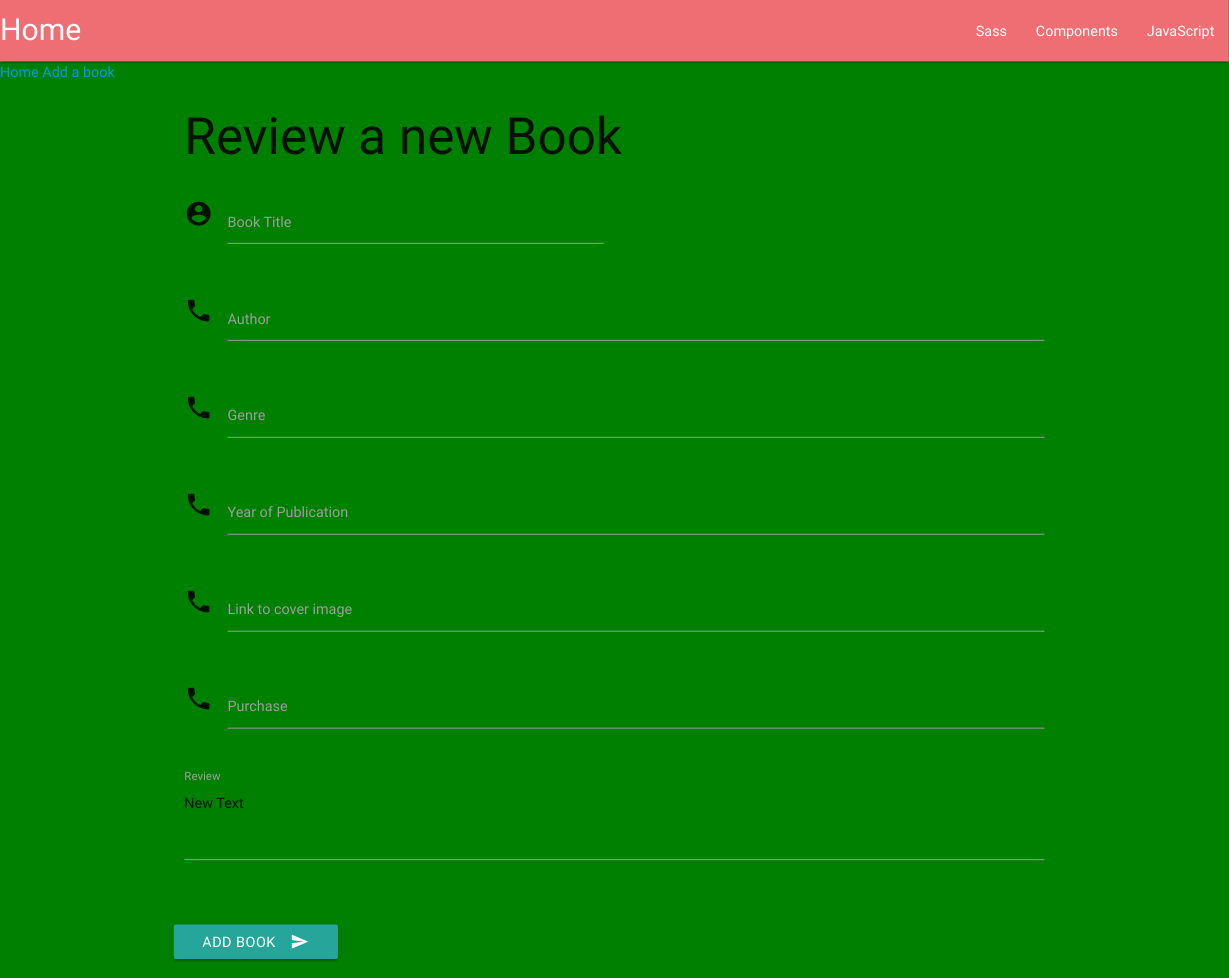
Repository: h8130084/bookReview
Page: http://localhost/add_book
The author's editor kept a record of every edit. The page is drawn from the files as they stood at one moment, then again after the next edit.
The browser window is 1280 px wide. The pictures show the whole page, at 96% of full size.
Some web libraries are served in a nearby version. The page is served by the project's application, run on Flask 3 (app.py).

Above is the page before.
Console error: ReferenceError: M is not defined

### templates/addbook.html
{% extends 'base.html' %} {% block content %}

<h2> Review a new Book</h2>
<div class="row">
    <form action="{{ url_for('insert_book') }}" method="POST" class="col s12">

        <div class="row">
            <div class="input-field col s6">
                <i class="material-icons prefix">account_circle</i>
                <input id="Title" name="Title" type="text" class="validate">
                <label for="icon_prefix">Book Title</label>
            </div>
        </div>

        <div class="row">
            <div class="input-field col s12">
                <i class="material-icons prefix">phone</i>
                <input name="Author" id="Author" class="materialize-textarea">
                <label for="icon_telephone">Author</label>
            </div>
        </div>

        <div class="row">
            <div class="input-field col s12">
                <i class="material-icons prefix">phone</i>
                <input name="Genre" id="Genre" class="materialize-textarea">
                <label for="icon_telephone">Genre</label>
            </div>
        </div>

        <div class="row">
            <div class="input-field col s12">
                <i class="material-icons prefix">phone</i>
                <input name="Year" id="Year" class="materialize-textarea">
                <label for="icon_telephone">Year of Publication</label>
            </div>
        </div>

        <div class="row">
            <div class="input-field col s12">
                <i class="material-icons prefix">phone</i>
                <input name="Image_URL" id="Image_URL" class="materialize-textarea">
                <label for="icon_telephone">Link to cover image</label>
            </div>
        </div>

        <div class="row">
            <div class="input-field col s12">
                <i class="material-icons prefix">phone</i>
                <input name="Amazon" id="Amazon" class="materialize-textarea">
                <label for="icon_telephone">Purchase</label>
            </div>
        </div>

        <div class="row">
            <div class="input-field col s12">
                <textarea id="Review" name="Review" class="materialize-textarea"></textarea>
                <label for="Review">Review</label>
            </div>
        </div>

</div>

<div class="row">
    <button class="btn waves-effect waves-light" type="submit" name="action">Add Book
                <i class="material-icons right">send</i>
            </button>
</div>
</form>
</div>

{% endblock %}

### templates/base.html
<!DOCTYPE html>
<html lang="en">

<head>
    <meta charset="UTF-8">
    <meta name="viewport" content="width=device-width, initial-scale=1.0">
    <meta http-equiv="X-UA-Compatible" content="ie=edge">

<!-- taken from google fonts, materilaize and cdnjs -->
    <link href="https://fonts.googleapis.com/icon?family=Material+Icons" rel="stylesheet">
    <link href="https://fonts.googleapis.com/css?family=Raleway&display=swap" rel="stylesheet">
    <link rel="stylesheet" href="https://cdnjs.cloudflare.com/ajax/libs/materialize/0.100.2/css/materialize.min.css">
    <link rel="stylesheet" href="{{url_for('static', filename='style.css')}}" type="text/css" />

    <title>Document</title>
</head>

<body>
    <header>
         <nav>
    <div class="nav-wrapper">
      <a href="{{url_for('get_books')}}" class="brand-logo">Home</a>
      <ul id="nav-mobile" class="right hide-on-med-and-down">
        <li><a href="sass.html">Sass</a></li>
        <li><a href="badges.html">Components</a></li>
        <li><a href="collapsible.html">JavaScript</a></li>
      </ul>
    </div>
  </nav>
		<div id="navbar" class="col s12">
			<a href="{{url_for('get_books')}}">Home</a>
			<a href="{{url_for('add_book')}}">Add a book</a>
		</div>
    </header>


    <div class="container">
        {% block content %} {% endblock %}

        <script src="https://cdnjs.cloudflare.com/ajax/libs/jquery/3.2.1/jquery.min.js"></script>
        <script src="https://cdnjs.cloudflare.com/ajax/libs/materialize/0.100.2/js/materialize.min.js"></script>
        <script type="text/javascript">
            $(document).ready(function() {
                $('.tabs').tabs();
                $('#Review').val('New Text');
                M.textareaAutoResize($('#Review'));

            });

        </script>
    </div>
</body>


</html>

### app.py
import os
from flask import Flask, render_template, redirect, request, url_for
from flask_pymongo import PyMongo
from bson.objectid import ObjectId
import env

app = Flask(__name__)

app.config["MONGO_DBNAME"] = 'book_review'
app.config["MONGO_URI"] = env.MONGO_URI


mongo = PyMongo(app)

@app.route('/')
@app.route('/ get_books')
def get_books():
     return render_template("books.html", books=mongo.db.book_details.find())

@app.route('/edit_book/<book_id>')
def edit_book(book_id):
    the_book = mongo.db.book_details.find_one({"_id": ObjectId(book_id)})
    all_categories = mongo.db.categories.find()
    return render_template('editbook.html', book=the_book, categories=all_categories)

@app.route('/update_book/<book_id>', methods=["POST"])
def update_book(book_id):
    books = mongo.db.book_details
    books.update( {'_id': ObjectId(book_id)},
    {
        'Title': request.form.get('Title'),
        'Author': request.form.get('Author'),
        'Genre': request.form.get('Genre'),
        'Year': request.form.get('Year'),
        'Image_URL': request.form.get('Image_URL'),
        'Amazon': request.form.get('Amazon'),
        'Review': request.form.get('Review')
    })
    return redirect(url_for('get_books'))

#book details page
@app.route('/book_info/<book_id>')
def book_info(book_id):
    the_book = mongo.db.book_details.find_one({"_id": ObjectId(book_id)})
    all_categories = mongo.db.categories.find()
    return render_template('bookdetails.html', book=the_book, categories=all_categories)

# displays add books page
@app.route('/add_book')
def add_book():
    return render_template('addbook.html')

#  takes the details from the form and adds the book to the database, then redirects to home page
@app.route('/insert_book', methods=['POST'])
def insert_book():

    new_book = {
        'Title': request.form.get('Title'),
        'Author': request.form.get('Author'),
        'Genre': request.form.get('Genre'),
        'Year': request.form.get('Year'),
        'Image_URL': request.form.get('Image_URL'),
        'Amazon': request.form.get('Amazon'),
        'Review': request.form.get('Review'),
        'upvotes': 0,
    }

    books = mongo.db.book_details
    books.insert_one(new_book)
    # ----- get books should be home page to display that the book just added is present
    return redirect(url_for('get_books'))

# delete the book
@app.route('/delete_book/<book_id>')
def delete_book(book_id):
    mongo.db.book_details.remove({'_id': ObjectId(book_id)})
    return redirect(url_for('get_books'))


if __name__ == '__main__':
    app.run(host=os.environ.get('IP'),
    port=int(os.environ.get('PORT')),
    debug=True)

### static/style.css
@import url('https://fonts.googleapis.com/css?family=Raleway&display=swap');
body{
    background-color: green;
}

.books{
   background-color: red;
 }

.sub-heading {
  font-family: 'Raleway', sans-serif;
  text-align: center;
}

After the next edit:
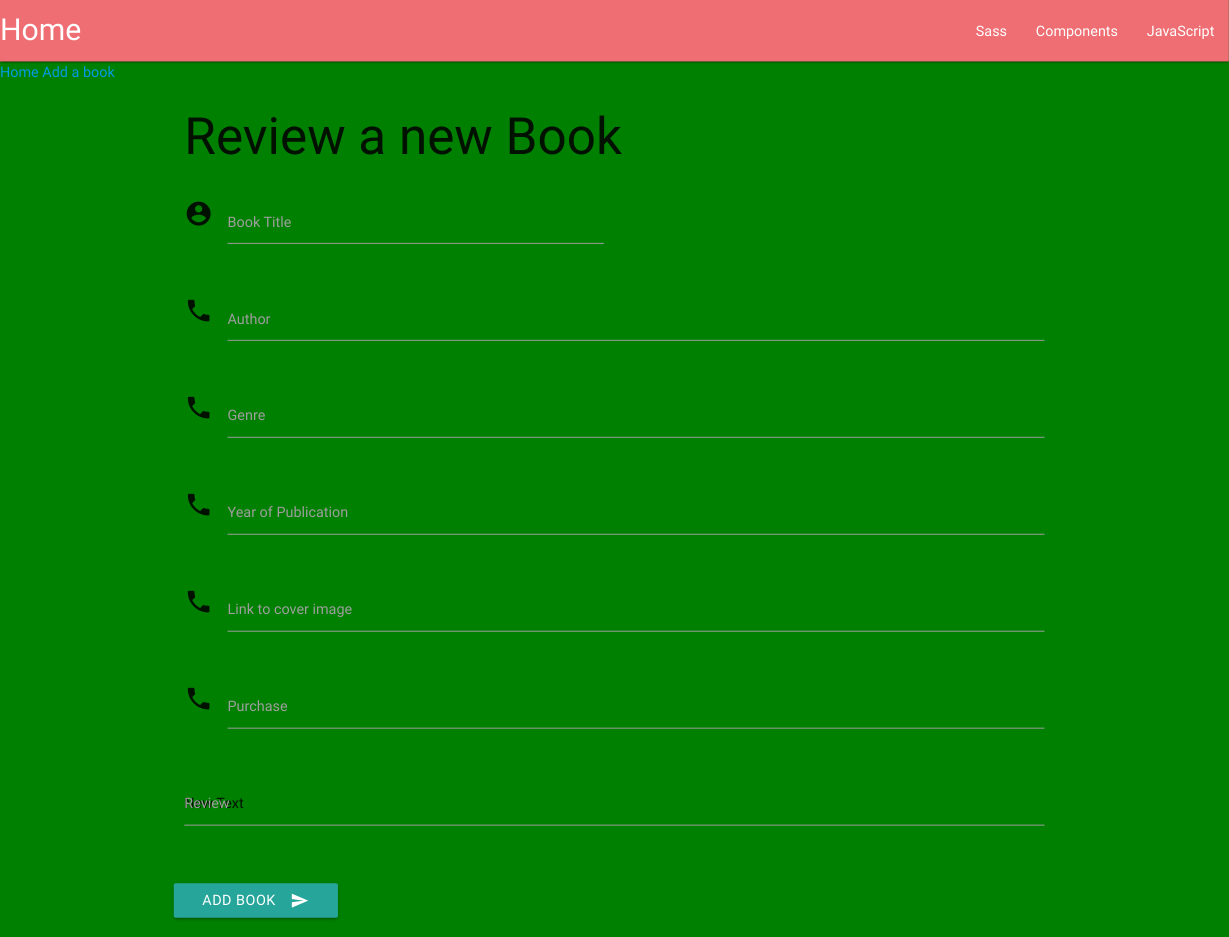
The edit:
--- a/templates/addbook.html
+++ b/templates/addbook.html
@@ -54,7 +54,7 @@
 
         <div class="row">
             <div class="input-field col s12">
-                <textarea id="Review" name="Review" class="materialize-textarea"></textarea>
+                <input id="Review" name="Review" class="materialize-textarea">
                 <label for="Review">Review</label>
             </div>
         </div>
